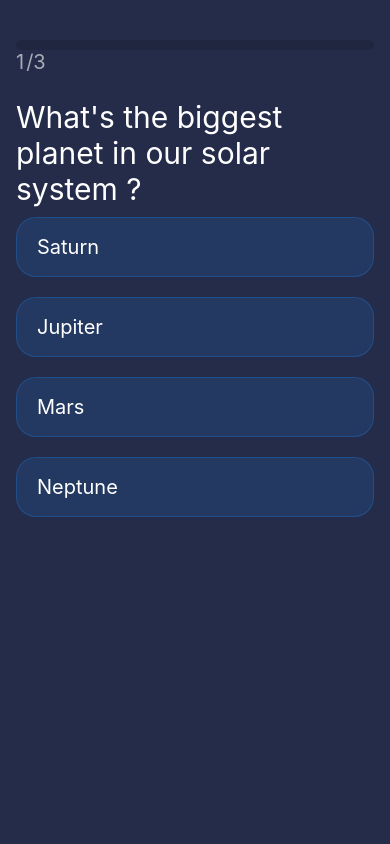
Repository: ds-mbappe/Quiz
Screen: /
The author's editor kept a copy of each file at every save. The screen is drawn from the files as they stood at one save, then again after the next save.
The app was drawn by React Native's web renderer in a window 390 px wide. The project was rebuilt for these pictures with package versions that can differ from the ones it lists, and the page was loaded fresh each time.

Above is the screen before, as saved 2022-05-28 23:45:43.

After the next save:
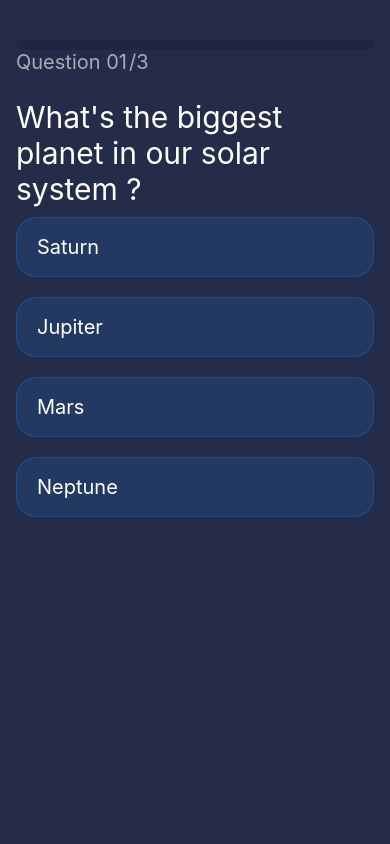
Saved 11 s later.
--- a/screens/Quiz.js
+++ b/screens/Quiz.js
@@ -71,7 +71,7 @@ const Quiz = () => {
       <View>
         {/* Question Counter */}
         <View style={styles.questions}>
-          <Text style={{color: COLORS.white, fontSize: 20, opacity: 0.6, marginRight: 2}}>{currentQuestionIndex + 1}</Text>
+          <Text style={{color: COLORS.white, fontSize: 20, opacity: 0.6, marginRight: 2}}>{"Question " + currentQuestionIndex + 1}</Text>
           <Text style={{color: COLORS.white, fontSize: 20, opacity: 0.6}}>/{allQuestions.length}</Text>
         </View>
 
